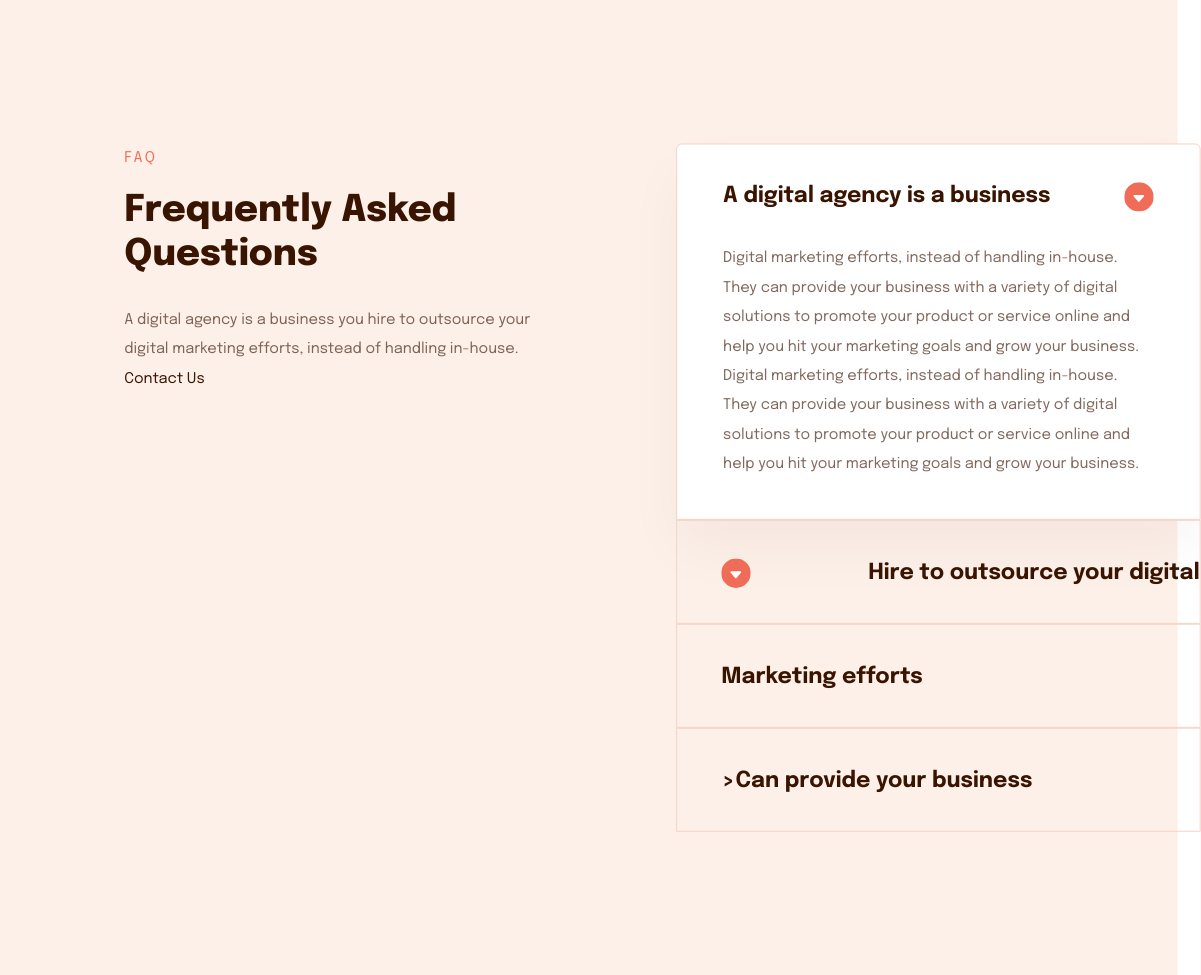
Repository: MehdiKerimov/Figma-task-10
Page: pages/faq/index.html
The author's editor kept a copy of each file at every save. The page is drawn from the files as they stood at one save, then again after a run of saves.
The browser window is 1280 px wide. The page is 1305 px wide, so the pictures cover 1305 px, including what lies to the right of the window. The pictures show the whole page, at 92% of full size.

Above is the page before, as saved 2023-09-09 15:36:15.

### pages/faq/index.html
<!DOCTYPE html>
<html lang="en">

<head>
  <meta charset="UTF-8" />
  <meta name="viewport" content="width=device-width, initial-scale=1.0" />
  <title>Document</title>
  <link rel="stylesheet" href="index.css" />
</head>

<body>
  <div class="container">
    <div class="text-box">
      <h1>Faq</h1>
      <h2>Frequently Asked Questions</h2>
      <p> A digital agency is a business you hire to outsource your digital marketing efforts, instead of handling
        in-house. </p>
      <a href="#">Contact Us</a>
    </div>
    <ul>
      <li class="li-1">
        <div class="collaj">
          <h3>A digital agency is a business</h3>
          <svg xmlns="http://www.w3.org/2000/svg" width="32" height="32" viewBox="0 0 32 32" fill="none">
            <circle cx="16" cy="16" r="16" fill="#EF6D58" />
            <path fill-rule="evenodd" clip-rule="evenodd"
              d="M15.0454 21.14L10.2494 15.658C9.68335 15.013 10.1434 14 11.0024 14H20.5944C20.987 13.9997 21.3435 14.2291 21.5058 14.5867C21.6681 14.9442 21.6061 15.3637 21.3474 15.659L16.5514 21.139C16.3615 21.3563 16.0869 21.481 15.7984 21.481C15.5098 21.481 15.2352 21.3563 15.0454 21.139V21.14Z"
              fill="white" />
          </svg>
        </div>
        <p> Digital marketing efforts, instead of handling in-house. They can provide your business with a variety of
          digital solutions to promote your product or service online and help you hit your marketing goals and grow
          your business. Digital marketing efforts, instead of handling in-house. They can provide your business with a
          variety of digital solutions to promote your product or service online and help you hit your marketing goals
          and grow your business. </p>
      </li>
      <li>
        <div class="collaj">
          <svg
          xmlns="http://www.w3.org/2000/svg"
          width="32"
          height="32"
          viewBox="0 0 32 32"
          fill="none"
        >
          <circle cx="16" cy="16" r="16" fill="#EF6D58" />
          <path
            fill-rule="evenodd"
            clip-rule="evenodd"
            d="M15.0454 21.14L10.2494 15.658C9.68335 15.013 10.1434 14 11.0024 14H20.5944C20.987 13.9997 21.3435 14.2291 21.5058 14.5867C21.6681 14.9442 21.6061 15.3637 21.3474 15.659L16.5514 21.139C16.3615 21.3563 16.0869 21.481 15.7984 21.481C15.5098 21.481 15.2352 21.3563 15.0454 21.139V21.14Z"
            fill="white"
          />
        </svg>
        <h3>Hire to outsource your digital</h3>
        </div>

      </li>
      <li>
        <div class="collaj">

        </div>
        <h3>Marketing efforts</h3>
      </li>
      <li>
        <h3>>Can provide your business</h3>
      </li>
    </ul>
  </div>
</body>

</html>

### pages/faq/index.css
@import url("https://fonts.googleapis.com/css2?family=Epilogue:wght@400;700;800&display=swap");
* {
  padding: 0;
  margin: 0;
  box-sizing: border-box;
}
.container {
  display: flex;
  padding: 156px 135px;
  min-height: 100vh;
  background-color: #fdf0e9;
}
.text-box {
  margin-right: 130px;
}
.container .text-box h1 {
  color: var(--Text_Dark_Accent, #ef6d58);
  font-feature-settings: "clig" off, "liga" off;
  font-family: Epilogue;
  font-size: 16px;
  font-style: normal;
  font-weight: 400;
  line-height: 32px;
  letter-spacing: 3px;
  text-transform: uppercase;
}
.container .text-box h2 {
  margin-top: 17px;
  width: 371px;
  color: var(--Text_Dark, #391400);
  font-feature-settings: "clig" off, "liga" off;
  font-family: Epilogue;
  font-size: 40px;
  font-style: normal;
  font-weight: 800;
  line-height: 48px;
}
.container .text-box p {
  width: 470px;
  margin-top: 31px;
  color: var(--Text_Dark_Gray, rgba(57, 20, 0, 0.64));
  font-feature-settings: "clig" off, "liga" off;
  font-family: Epilogue;
  font-size: 16px;
  font-style: normal;
  font-weight: 400;
  line-height: 32px;
}
.container .text-box a {
  text-decoration: none;
  margin-top: 29px;
  color: var(--Text_Dark, #391400);
  font-feature-settings: "clig" off, "liga" off;
  font-family: Epilogue;
  font-size: 16px;
  font-style: normal;
  font-weight: 400;
  line-height: 32px;
}
.container ul li {
  padding: 41px 0 38px 48px;
  width: 570px;
  border: 1px solid #f3d1bf;
  list-style-type: none;
}
.container ul .li-1 {
  padding: 41px 50px 43px 50px;
  width: 570px;
  border-radius: 6px 6px 0px 0px;
  background: #fff;
  box-shadow: 0px 32px 64px 0px rgba(57, 20, 0, 0.04);
}
.container ul .li-1 h3 {
  color: var(--Text_Dark, #391400);
  font-feature-settings: "clig" off, "liga" off;
  font-family: Epilogue;
  font-size: 24px;
  font-style: normal;
  font-weight: 700;
  line-height: 32px;
}
.container ul .li-1 p {
  margin-top: 35px;
  color: var(--Text_Dark_Gray, rgba(57, 20, 0, 0.64));
  font-feature-settings: "clig" off, "liga" off;
  font-family: Epilogue;
  font-size: 16px;
  font-style: normal;
  font-weight: 400;
  line-height: 32px;
}
.container ul li h3 {
  color: var(--Text_Dark, #391400);
  font-feature-settings: "clig" off, "liga" off;
  font-family: Epilogue;
  font-size: 24px;
  font-style: normal;
  font-weight: 700;
  line-height: 32px;
}
.container ul li .collaj{
  display: flex;
  justify-content: space-between;
}

After the next 4 saves:
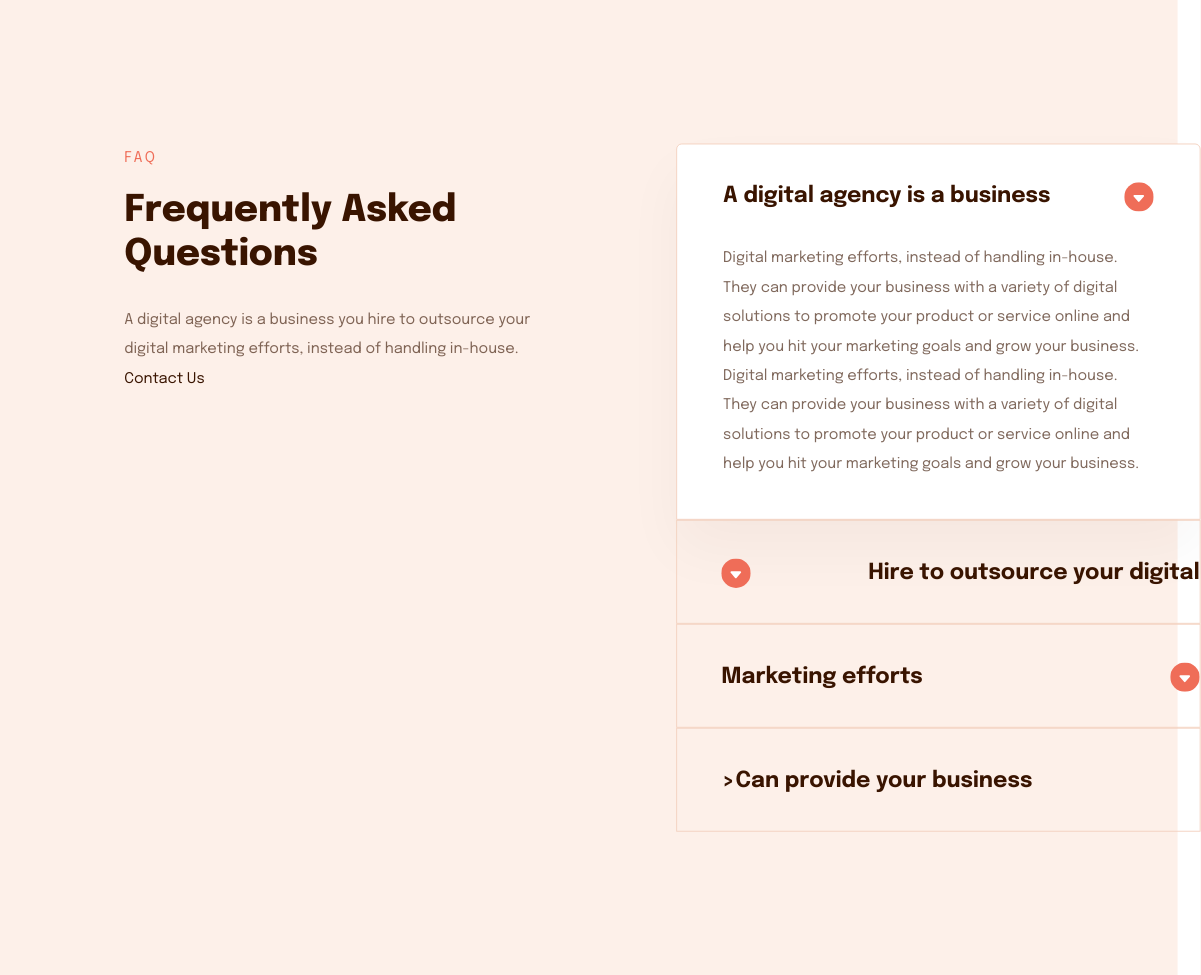
The 4 saves are shown as one change because they came seconds apart.
The last was saved 14 s later.
--- a/pages/faq/index.html
+++ b/pages/faq/index.html
@@ -57,9 +57,25 @@
       </li>
       <li>
         <div class="collaj">
+          <h3>Marketing efforts</h3>
+
+          <svg
+          xmlns="http://www.w3.org/2000/svg"
+          width="32"
+          height="32"
+          viewBox="0 0 32 32"
+          fill="none"
+        >
+          <circle cx="16" cy="16" r="16" fill="#EF6D58" />
+          <path
+            fill-rule="evenodd"
+            clip-rule="evenodd"
+            d="M15.0454 21.14L10.2494 15.658C9.68335 15.013 10.1434 14 11.0024 14H20.5944C20.987 13.9997 21.3435 14.2291 21.5058 14.5867C21.6681 14.9442 21.6061 15.3637 21.3474 15.659L16.5514 21.139C16.3615 21.3563 16.0869 21.481 15.7984 21.481C15.5098 21.481 15.2352 21.3563 15.0454 21.139V21.14Z"
+            fill="white"
+          />
+        </svg>
 
         </div>
-        <h3>Marketing efforts</h3>
       </li>
       <li>
         <h3>>Can provide your business</h3>
